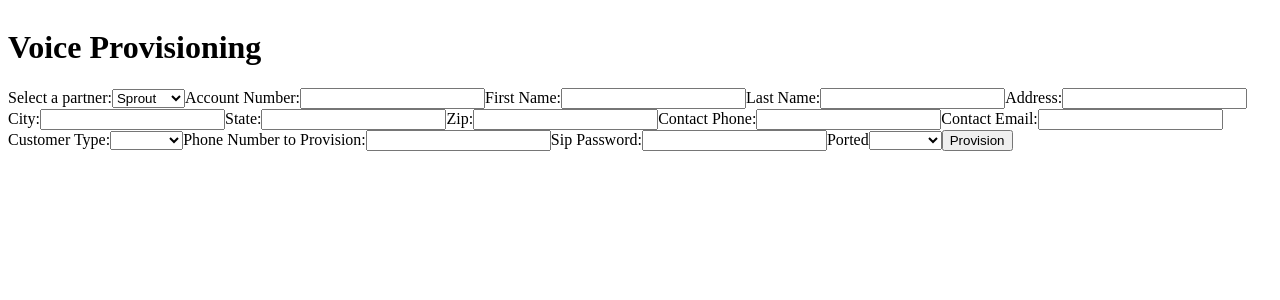
Repository: smallchungus/logiccom
Page: /
These files come from the project's save history. The page is drawn as it stood at one moment and after the next save; the edit follows.
The browser window is 1280 px wide. The pictures show the whole page.
The project was rebuilt for these pictures with package versions that can differ from the ones it lists, and the page was loaded fresh each time. Also part of the build but not shown: vite.config.ts.

Above is the page before, as saved 2023-05-04 10:58:23.

### src/App.vue
<template>

<header>
  <h1>Voice Provisioning</h1>
</header>

  <form>
    <label for="partner">Select a partner:</label>
    <select id="partner" name="partner">
      <option value="Sprout">Sprout</option>
      <option value="option2">Option 2</option>
    </select>

    <label for="accountNum">Account Number:</label>
    <input type="text" id="accountNum" name="accountNum">

    <label for="firstName">First Name:</label>
    <input type="text" id="firstName" name="firstName">

    <label for="lastName">Last Name:</label>
    <input type="text" id="lastName" name="lastName">

    <label for="address">Address:</label>
    <input type="text" id="address" name="address">

    <label for="city">City:</label>
    <input type="text" id="city" name="city">

    <label for="state">State:</label>
    <input type="text" id="state" name="state">

    <label for="zip">Zip:</label>
    <input type="text" id="zip" name="zip">

    <label for="contactPhone">Contact Phone:</label>
    <input type="text" id="contactPhone" name="contactPhone">

    <label for="contactEmail">Contact Email:</label>
    <input type="text" id="contactEmail" name="contactEmail">

    <label for="customerType">Customer Type:</label>
    <select id="customerType" name="customerType">
      <option value="Sprout"></option>
      <option value="option2">Option 2</option>
    </select>

    <label for="phoneToProv">Phone Number to Provision:</label>
    <input type="text" id="phoneToProv" name="phoneToProv">

    <label for="sipPassword">Sip Password:</label>
    <input type="text" id="sipPassword" name="sipPassword">

    <label for="ported">Ported</label>
    <select id="ported" name="ported">
      <option value=""></option>
      <option value="option2">Option 2</option>
    </select>

    <button type="submit">Provision</button>
  </form>
</template>

<style>
@media (min-width: 1024px) {
  header {
    display: flex;
    place-items: center;
    padding-right: calc(var(--section-gap) / 2);
  }

  .logo {
    margin: 0 2rem 0 0;
  }

  header .wrapper {
    display: flex;
    place-items: flex-start;
    flex-wrap: wrap;
  }
}
</style>

Loaded but not shown: index.html (common file); src/main.ts (common file)

After the next save:
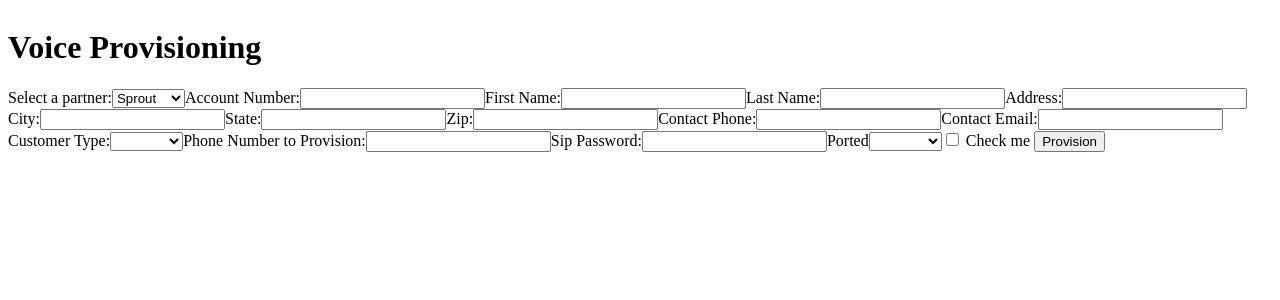
Saved 2 min 6 s later.
--- a/src/App.vue
+++ b/src/App.vue
@@ -56,6 +56,12 @@
       <option value="option2">Option 2</option>
     </select>
 
+    <label>
+      <input type="checkbox" v-model="isChecked">
+      Check me
+    </label>
+    <p v-if="isChecked">I'm checked!</p>
+
     <button type="submit">Provision</button>
   </form>
 </template>
